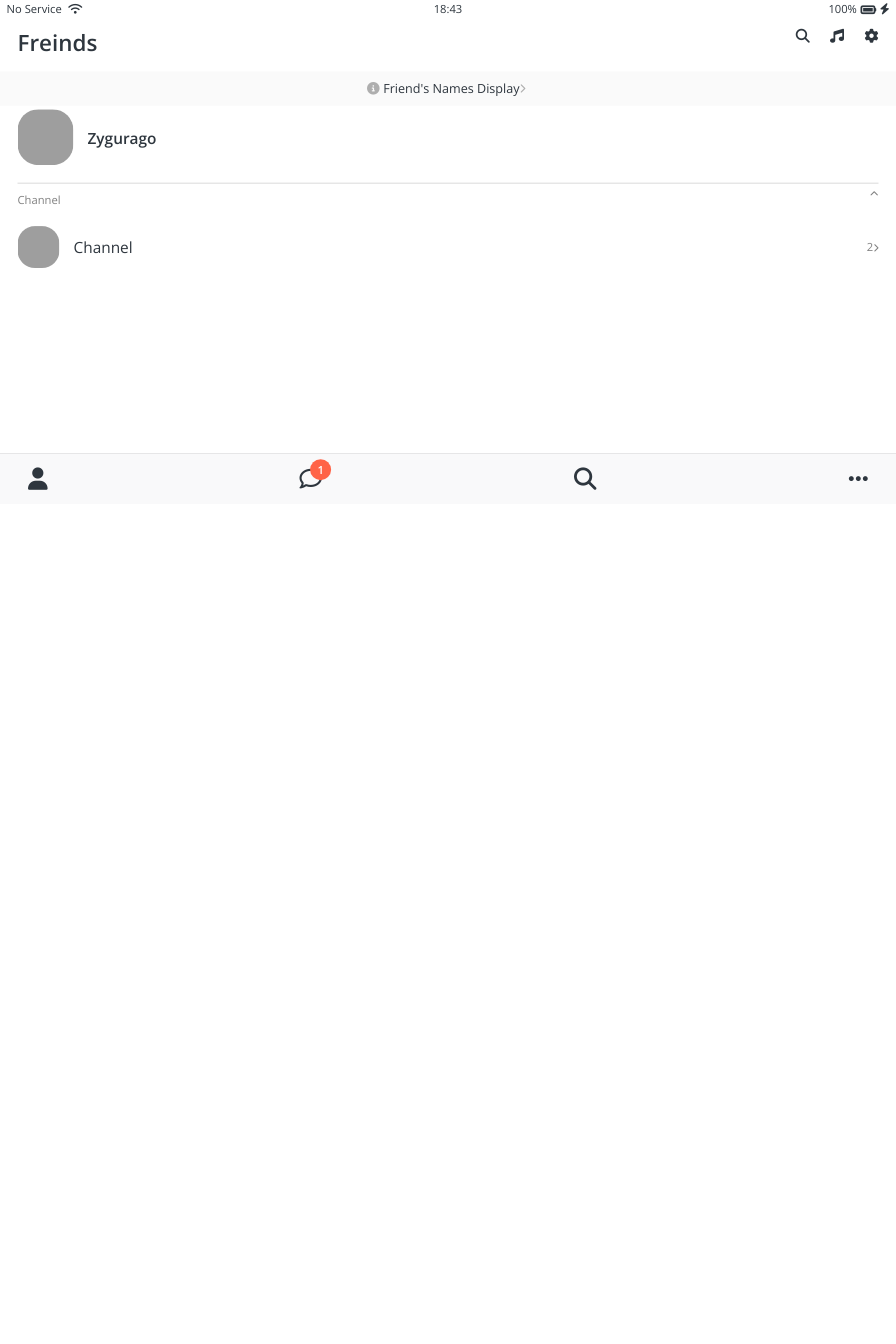
Repository: mocusura12/kokoa-clone-2020
Page: friends.html
The author's editor kept a copy of each file at every save. The page is drawn from the files as they stood at one save, then again after the next save.
The browser window is 1280 px wide. The pictures show the part of the page from y = 0 to 1920 px (the page is 7200 px tall), at 70% of full size.
Pictures or frames that could not be fetched are drawn as grey boxes. Some web libraries are served in a nearby version.

Above is the page before, as saved 2022-02-23 23:11:29.

### friends.html
<!DOCTYPE html>
<html lang="en">
  <head>
    <link rel="stylesheet" href="css/styles.css" />
    <meta charset="UTF-8" />
    <meta http-equiv="X-UA-Compatible" content="IE=edge" />
    <meta name="viewport" content="width=device-width, initial-scale=1.0" />
    <title>Friends - Kokoa Clone</title>
  </head>
  <body>
    <div class="status-bar">
      <div class="status-bar__column">
        <span>No Service</span>
        <i class="fas fa-wifi"></i>
      </div>
      <div class="status-bar__column">
        <span>18:43</span>
      </div>
      <div class="status-bar__column">
        <span>100%</span>
        <i class="fas fa-battery-full fa-lg"></i>
        <i class="fas fa-bolt"></i>
      </div>
    </div>
    <header class="screen-header">
      <h1 class="screen-header__title">Freinds</h1>
      <div class="screen-header__icons">
        <span><i class="fas fa-search fa-lg"></i></span>
        <span><i class="fas fa-music fa-lg"></i></span>
        <span><i class="fas fa-cog fa-lg"></i></span>
      </div>
    </header>

    <a id="friends-display-link">
      <i class="fas fa-info-circle"></i>Friend's Names Display<i
        class="fas fa-chevron-right fa-xs"
      ></i>
    </a>

    <main class="friends-screen">
      <div class="user-component">
        <div class="user-component__column">
          <img
            src="https://avatars.githubusercontent.com/u/3612017"
            class="user-component__avatar user-component__avatar--xl"
          />
          <div class="user-component__text">
            <h4 class="user-component__title">Zygurago</h4>
            <!--<h6 class="user-component__subtitle">this text whatever</h6>-->
          </div>
        </div>
        <div class="user-component__column"></div>
      </div>
      <div class="friends-screen__channel">
        <div class="friends-screen__channel-header">
          <span>Channel</span>
          <i class="fas fa-chevron-up fa-xs"></i>
        </div>
        <div class="user-component">
          <div class="user-component__column">
            <img
              src="https://avatars.githubusercontent.com/u/3612017"
              class="user-component__avatar user-component__avatar--sm"
            />
            <div class="user-component__text">
              <h4 class="user-component__title user-component__title--not-bold">
                Channel
              </h4>
              <!--<h6 class="user-component__subtitle">this text whatever</h6>-->
            </div>
          </div>
          <div class="user-component__column">
            <span>2</span><i class="fas fa-chevron-right fa-xs"></i>
          </div>
        </div>
      </div>
    </main>

    <nav class="nav">
      <ul class="nav__list">
        <li class="nav__btn">
          <a class="nav__link" href="friends.html"
            ><i class="fas fa-user fa-2x"></i
          ></a>
        </li>
        <li class="nav__btn">
          <a class="nav__link" href="chats.html">
            <span class="nav__notification">1</span>
            <i class="far fa-comment fa-2x"></i>
          </a>
        </li>
        <li class="nav__btn">
          <a class="nav__link" href="find.html"
            ><i class="fas fa-search fa-2x"></i
          ></a>
        </li>
        <li class="nav__btn">
          <a class="nav__link" href="more.html"
            ><i class="fas fa-ellipsis-h fa-2x"></i
          ></a>
        </li>
      </ul>
    </nav>

    <script
      src="https://kit.fontawesome.com/6478f529f2.js"
      crossorigin="anonymous"
    ></script>
  </body>
</html>

### css/styles.css
@import url("https://fonts.googleapis.com/css2?family=Open+Sans:wght@400;600&display=swap");
@import "reset.css";
@import "variables.css";
/*Components*/
@import "components/status-bar.css";
@import "components/nav-bar.css";
@import "components/screen-header.css";
@import "components/user-component.css";
/*Screens*/
@import "screens/login.css";
@import "screens/friends.css";

body {
  font-family: "Open Sans", sans-serif;
  height: 1000vh;
  color: #2e363e;
}

.main-screen {
  padding: 0px var(--horizontal-space);
}

### css/components/status-bar.css
.status-bar {
  position: fixed;
  top: 0;
  width: 100%;
  display: flex;
  justify-content: center;
  padding: 5px 3px;
  box-sizing: border-box;
}

.status-bar__column {
  width: 33%;
}

.status-bar__column:first-child span {
  margin-right: 5px;
}

.status-bar__column:nth-child(2) {
  display: flex;
  justify-content: center;
}

.status-bar__column:last-child {
  display: flex;
  justify-content: flex-end;
  align-items: center;
}

.status-bar__column .fa-battery-full {
  margin: 0px 5px;
}

### css/components/nav-bar.css
.nav {
  position: fixed;
  bottom: 0;
  width: 100%;
  background-color: #f9f9fa;
  padding: 20px 40px;
  box-sizing: border-box;
  border-top: 1px solid rgba(121, 121, 121, 0.3);
}

.nav__list {
  display: flex;
  justify-content: space-between;
}

.nav__link {
  position: relative;
  color: #2e363e;
}

.nav__notification {
  background-color: tomato;
  width: 30px;
  height: 30px;
  border-radius: 15px;
  display: flex;
  justify-content: center;
  align-items: center;
  color: white;
  font-weight: 600;
  position: absolute;
  left: 15px;
  bottom: 15px;
}

### css/components/screen-header.css
.screen-header {
  display: flex;
  justify-content: space-between;
  align-items: center;
  padding: var(--horizontal-space);
}

.screen-header__title {
  font-size: 32px;
  font-weight: 600;
  padding-top: 20px;
}

.screen-header__icons span {
  margin-left: 25px;
}

### css/components/user-component.css
.user-component {
  justify-content: space-between;
}

.user-component,
.user-component__column:first-child {
  display: flex;
  align-items: center;
}

.user-component__avatar {
  width: 70px;
  height: 70px;
  border-radius: 27px;
  margin-right: 20px;
}

.user-component__title {
  font-weight: 600;
  font-size: 22px;
}

.user-component__subtitle {
  margin-top: 8px;
  font-size: 17px;
  color: rgba(0, 0, 0, 0.5);
}

.user-component__avatar--xl {
  width: 80px;
  height: 80px;
  border-radius: 30px;
  margin-right: 20px;
}

.user-component__avatar--sm {
  width: 60px;
  height: 60px;
  border-radius: 25px;
}

.user-component__title--not-bold {
  font-weight: 400;
}

.user-component__column:last-child {
  color: rgba(0, 0, 0, 0.5);
}

### css/screens/login.css
.welcome-header {
  margin: 90px 0px;
  text-align: center;
  display: flex;
  flex-direction: column;
  align-items: center;
  font-weight: 600;
}

.welcome-header__title {
  margin-bottom: 30px;
  font-size: 25px;
}

.welcome-header__text {
  width: 60%;
  opacity: 0.7;
}

#login-form {
  display: flex;
  flex-direction: column;
  margin: 0px 30px;
}

#login-form input {
  border: none;
  padding: 15px 0px;
  font-size: 18px;
  margin-bottom: 25px;
}

#login-form input:not([type="submit"]) {
  border-bottom: 1px solid rgba(0, 0, 0, 0.2);
  transition: border-color 0.3s ease-in-out;
}

#login-form input::placeholder {
  color: rgba(0, 0, 0, 0.4);
}

#login-form input:focus {
  border-color: var(--yellow);
}

#login-form input[type="submit"] {
  background-color: var(--yellow);
  cursor: pointer;
  padding: 20px 0px;
  border-radius: 5px;
}

#login-form a {
  text-align: center;
  text-decoration: none;
  color: inherit;
  font-size: 13px;
}

### css/screens/friends.css
#friends-display-link {
  text-align: center;
  display: block;
  background-color: #fafafa;
  padding: 15px 0px;
  font-size: 18px;
  margin-bottom: 5px;
}

#friends-display-link i {
  color: rgba(0, 0, 0, 0.3);
  margin-right: 5px;
}

.friends-screen {
  padding: 0px var(--horizontal-space);
}

.friends-screen__channel {
  margin-top: 25px;
  border-top: 1px solid rgba(0, 0, 0, 0.2);
  padding-top: 15px;
}

.friends-screen__channel-header {
  margin-bottom: 30px;
  display: flex;
  justify-content: space-between;
  color: rgba(0, 0, 0, 0.5);
}

Loaded but not shown: css/reset.css (common file); css/variables.css (common file)

After the next save:
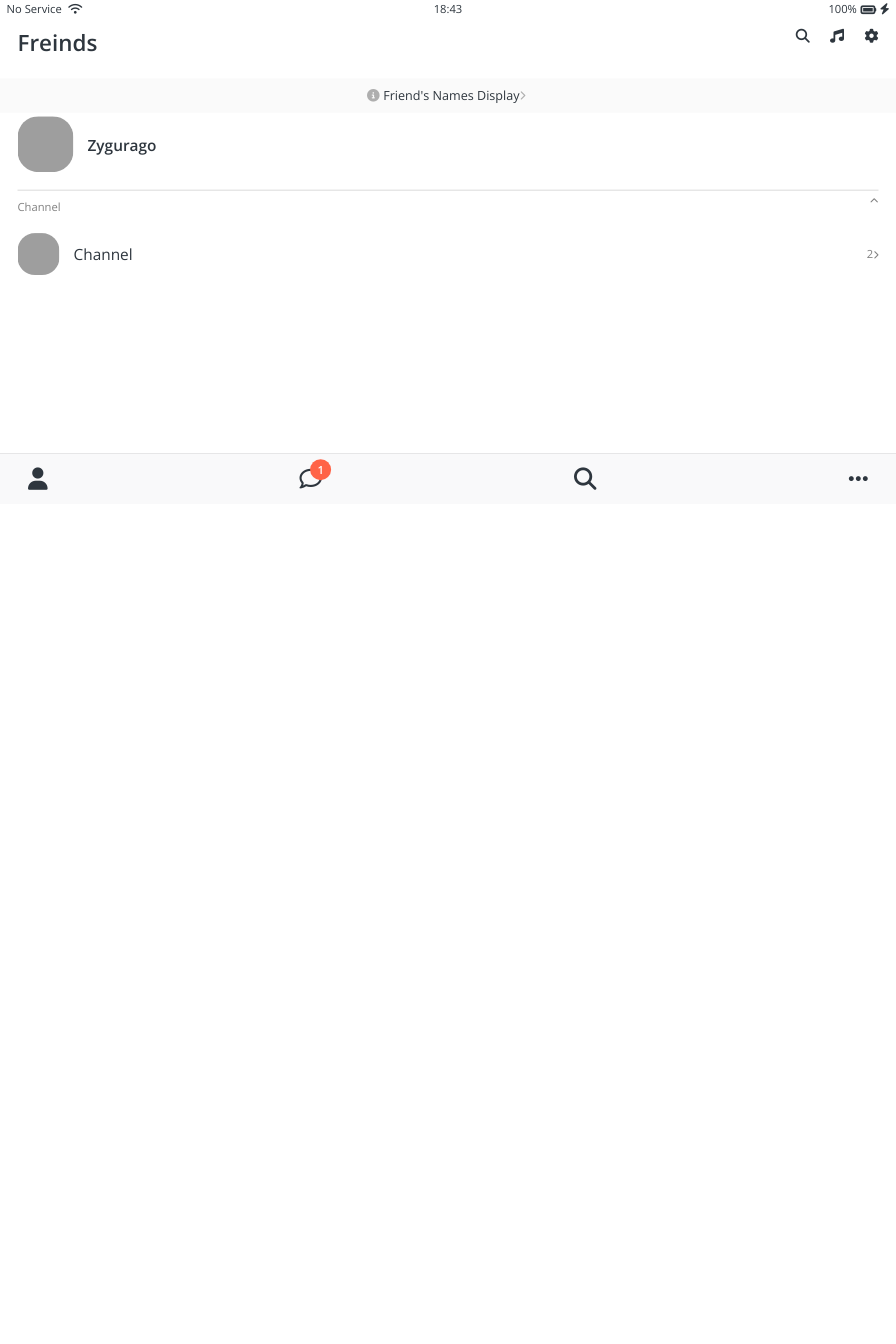
Saved 76 s later.
--- a/css/components/screen-header.css
+++ b/css/components/screen-header.css
@@ -3,12 +3,13 @@
   justify-content: space-between;
   align-items: center;
   padding: var(--horizontal-space);
+  margin-bottom: 10px;
 }
 
 .screen-header__title {
   font-size: 32px;
   font-weight: 600;
-  padding-top: 20px;
+  margin-top: 20px;
 }
 
 .screen-header__icons span {

After the save that followed:
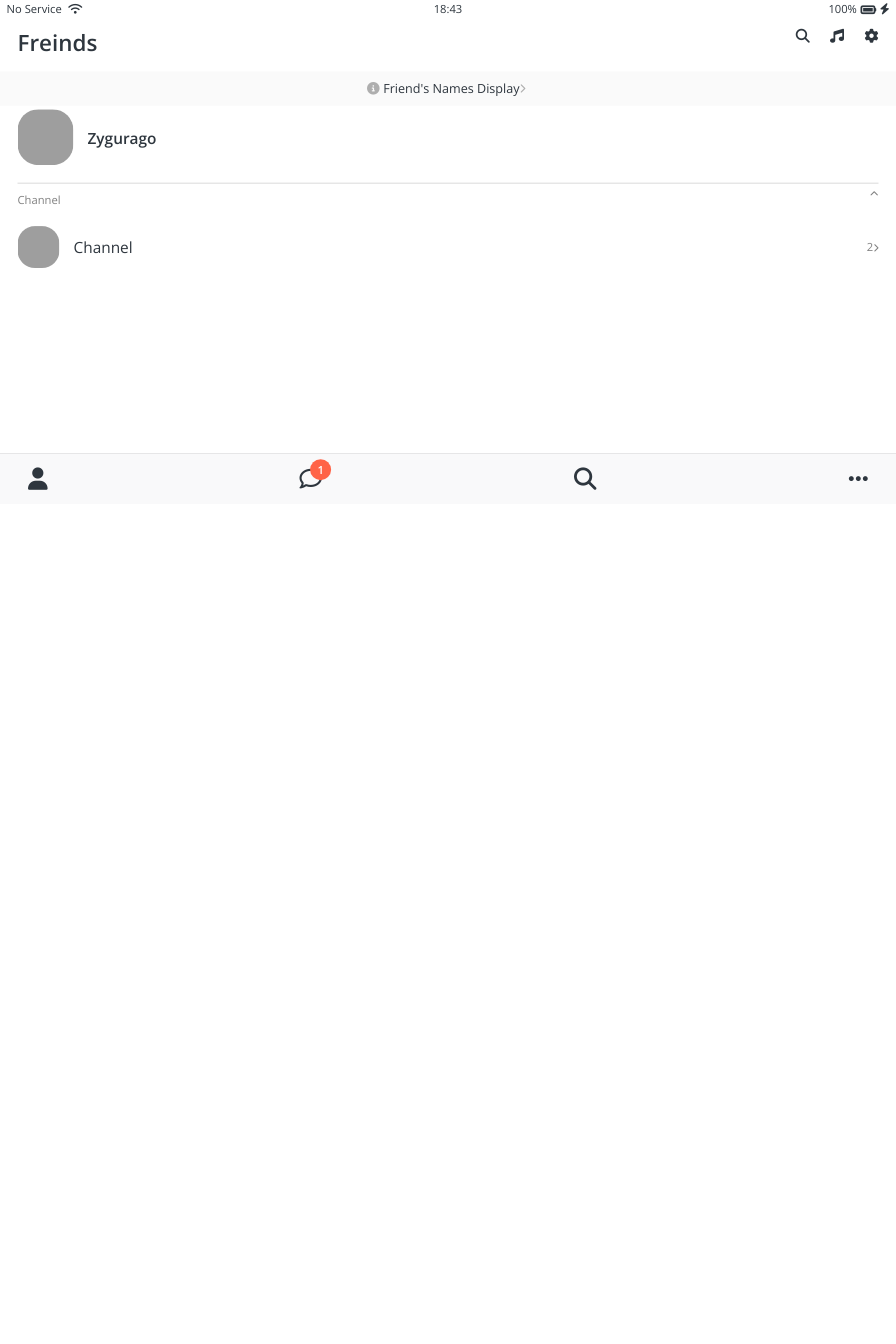
Saved 2 min 43 s later.
--- a/css/screens/friends.css
+++ b/css/screens/friends.css
@@ -5,6 +5,7 @@
   padding: 15px 0px;
   font-size: 18px;
   margin-bottom: 5px;
+  margin-top: -10px;
 }
 
 #friends-display-link i {
